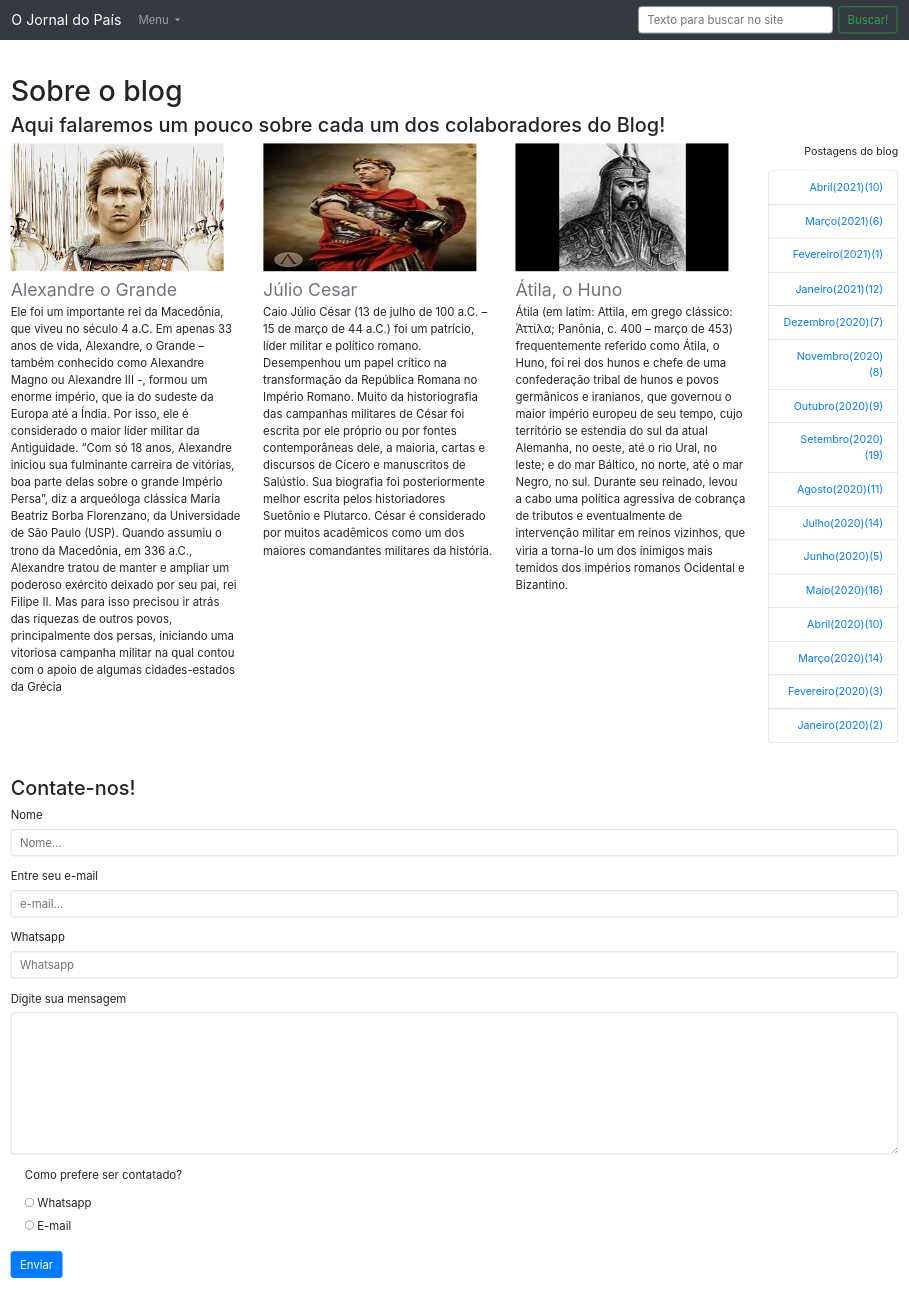
Repository: xhenrique/blog_layout_bootstrap
Page: source/sobre.html
The author's editor kept a copy of each file at every save. The page is drawn from the files as they stood at one save, then again after the next save.
The browser window is 1280 px wide. The pictures show the whole page, at 71% of full size.

Above is the page before, as saved 2021-04-25 01:33:04.

After the next save:
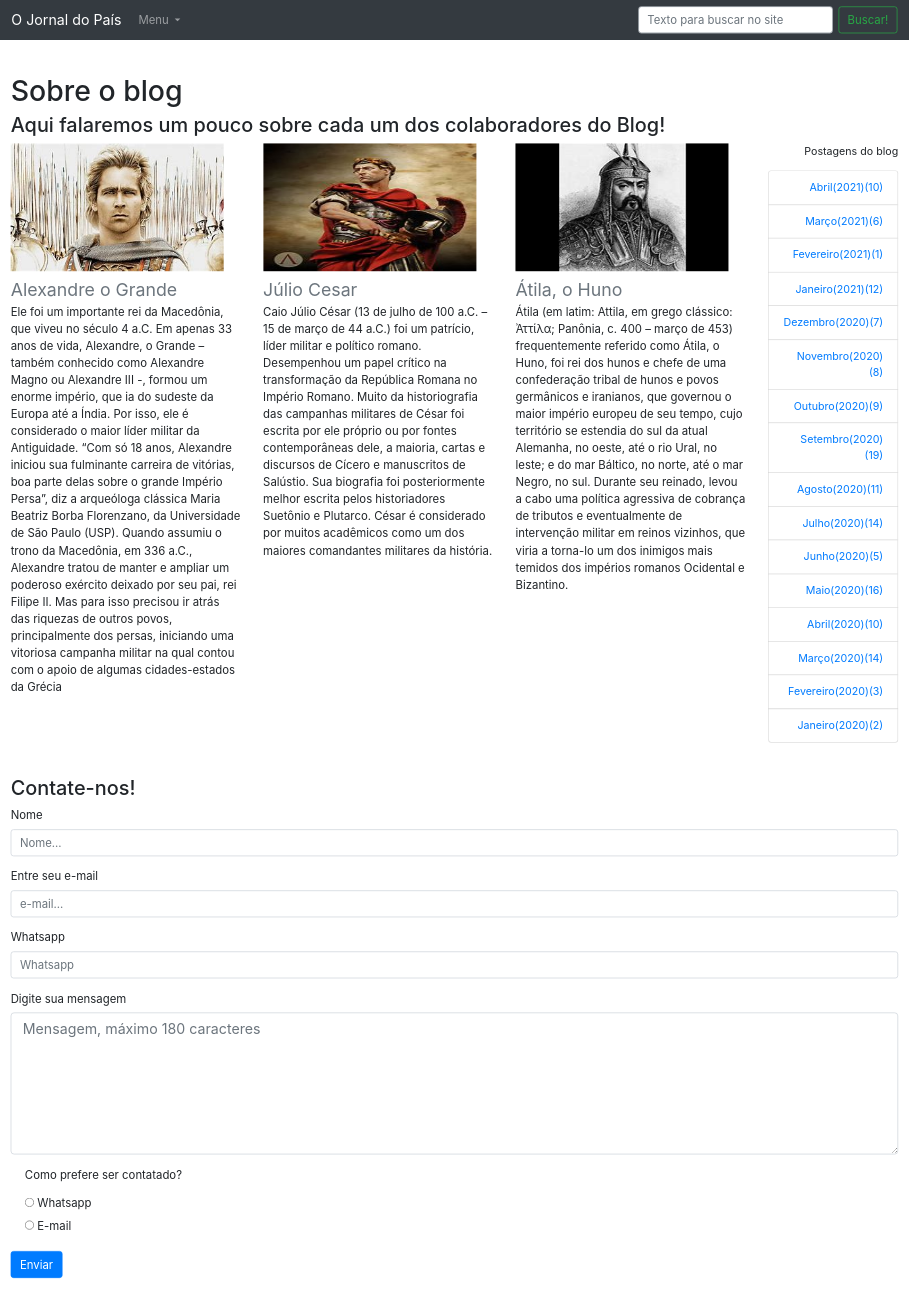
Saved 70 s later.
--- a/source/sobre.html
+++ b/source/sobre.html
@@ -120,7 +120,7 @@
               </div>
               <div class="mb-3">
                 <label for="msgInput" class="form-label">Digite sua mensagem</label>
-                <textarea type="text" class="form-control form-control-lg" id="msgInput" style="height: 200px;"></textarea>
+                <textarea type="text" placeholder="Mensagem, máximo 180 caracteres" maxlength="180" class="form-control form-control-lg" id="msgInput" style="height: 200px;"></textarea>
               </div>
               <div class="mb-3 form-check">
                   <p>Como prefere ser contatado?
